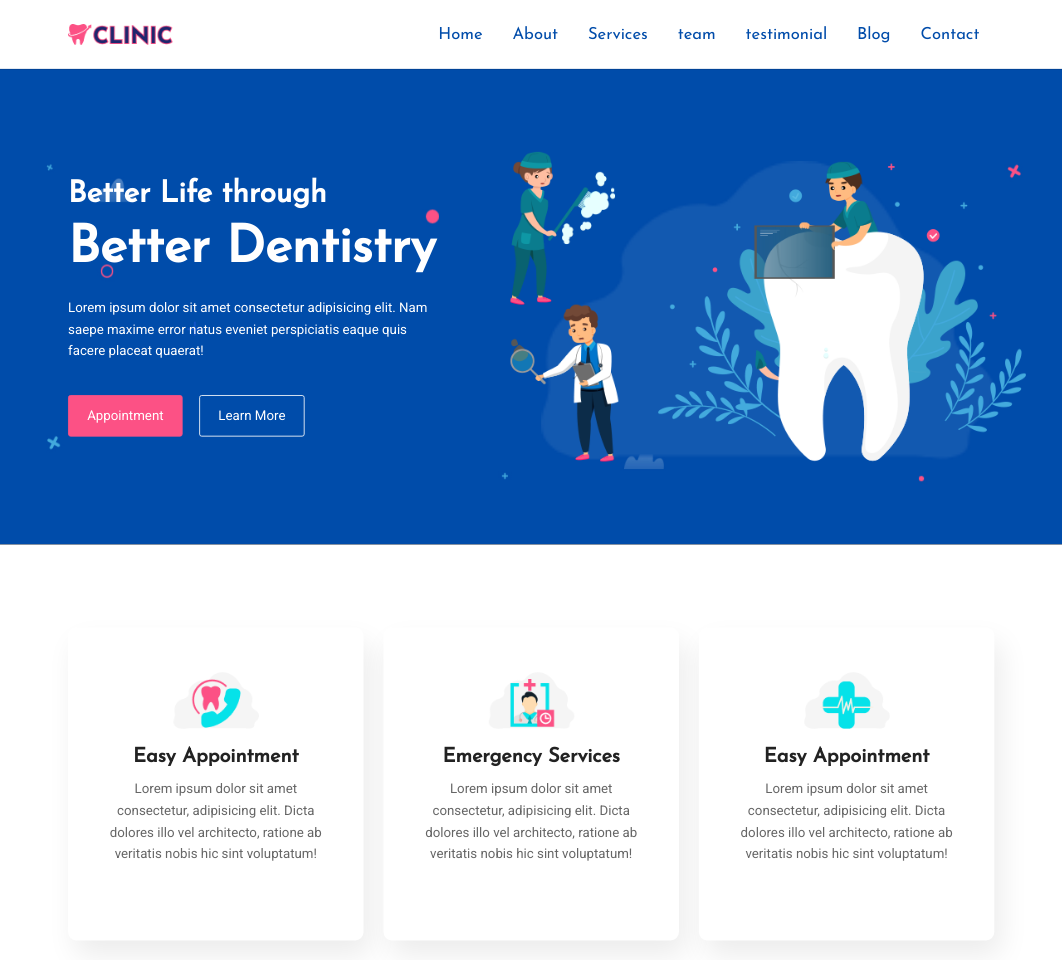
Repository: rsbappy/Project-13
Page: index.html
An editor plug-in stored every save of this project. The page is shown before and after the next save, followed by the edit.
The browser window is 1280 px wide. The pictures show the whole page, at 83% of full size.
Some web libraries are served in a nearby version.

Above is the page before, as saved 2022-08-19 11:25:07.
Console error: TypeError: Cannot read properties of null (reading 'classList')

### index.html
<!doctype html>
<html lang="en">

<head>
    <!-- Required meta tags -->
    <meta charset="utf-8">
    <meta name="viewport" content="width=device-width, initial-scale=1">

    <!-- favicon icon -->

    <link rel="icon" href="/images/favicon.png" type="image/x-icon">

    <!-- Bootstrap CSS -->
    <link href="https://cdn.jsdelivr.net/npm/bootstrap@5.0.2/dist/css/bootstrap.min.css" rel="stylesheet" integrity="sha384-EVSTQN3/azprG1Anm3QDgpJLIm9Nao0Yz1ztcQTwFspd3yD65VohhpuuCOmLASjC" crossorigin="anonymous">

    <!-- font-awesome icon -->
    <link rel="stylesheet" href="https://cdnjs.cloudflare.com/ajax/libs/font-awesome/6.1.2/css/all.min.css">

    <!-- style CSS -->
    <link rel="stylesheet" href="css/style.css">

    <!-- responsive-style CSS -->
    <link rel="stylesheet" href="/css/responsive-style.css">

    <title>Hotel Website</title>
</head>

<body data-bs-spy="scroll" data-bs-target=".navar" data-bs-offset="100">

    <!-- Navbar Section  -->
    <header class="header_wrapper">
        <nav class="navbar navbar-expand-lg ">
            <div class="container">
                <a class="navbar-brand" href="#">
                    <img src="/images/logo.png" class="img-fluid" alt="logo" srcset="">
                </a>
                <button class="navbar-toggler" type="button" data-bs-toggle="collapse" data-bs-target="#navbarNavAltMarkup" aria-controls="navbarNavAltMarkup" aria-expanded="false" aria-label="Toggle navigation">
                <!-- <span class="navbar-toggler-icon"></span> -->
                <i class="fa-solid fa-bars-staggered navbar-toggler-icon"></i>
              </button>
                <div class="collapse navbar-collapse justify-content-end" id="navbarNavAltMarkup">
                    <div class="navbar-nav menu_navbar_menu">
                        <li class="nav-item">
                            <a class="nav-link active" aria-current="page" href="#Home">Home</a>
                        </li>
                        <li class="nav-item">
                            <a class="nav-link" href="#About">About</a>
                        </li>
                        <li class="nav-item">
                            <a class="nav-link" href="#Services">Services</a>
                        </li>
                        <li class="nav-item">
                            <a class="nav-link" href="#team">team</a>
                        </li>
                        <li class="nav-item">
                            <a class="nav-link" href="#testimonial">testimonial</a>
                        </li>
                        <li class="nav-item">
                            <a class="nav-link" href="#Blog">Blog</a>
                        </li>
                        <li class="nav-item mt-3 mt-lg-0">
                            <a class="nav-link" href="#Contact">Contact</a>
                        </li>

                    </div>
                </div>
            </div>
        </nav>
    </header>
    <!-- Navbar Section exit -->

    <!-- Banner Section  -->
    <section id="home" class="home">
        <div class="banner_wrapper wrapper">
            <div class="container">
                <div class="row align-items-lg-center">
                    <div class="col-md-6 order-md-1 order-2">
                        <h3>
                            Better Life through
                        </h3>
                        <h1>
                            Better Dentistry
                        </h1>
                        <p> Lorem ipsum dolor sit amet consectetur adipisicing elit. Nam saepe maxime error natus eveniet perspiciatis eaque quis facere placeat quaerat!</p>
                        <a href="#" class="main-btn mt-4 fill-btn">Appointment </a>
                        <a href="#" class="main-btn mt-4 ms-3">Learn More </a>

                    </div>
                    <div class="col-md-6 order-md-2 order-1 mb-md-0 mb-5">
                        <div class="top-right-sec">
                            <div class="animate-img">
                                <img class="aimg1" src="./images/top-banner-img/woman-brush.png" alt="">
                                <img class="aimg2" src="./images/top-banner-img/doctor.png" alt="">

                            </div>
                            <img class="img-fluid ms-lg-5" src="./images/top-banner-img/top-right-img-1.png" alt="">

                        </div>
                    </div>
                </div>
            </div>
        </div>
        <div class="wrapper pb-0">
            <div class="container">
                <div class="row">
                    <div class="col-md-4 col-sm-4 mb-4">
                        <div class="card text-center">
                            <div class="icon-box">
                                <img src="/images/top-banner-img/Appointment-icon.png" alt="" srcset="">
                            </div>
                            <div>
                                <h4>
                                    Easy Appointment
                                </h4>
                                <p>Lorem ipsum dolor sit amet consectetur, adipisicing elit. Dicta dolores illo vel architecto, ratione ab veritatis nobis hic sint voluptatum!</p>
                            </div>
                        </div>
                    </div>
                    <div class="col-md-4 col-sm-4 mb-4">
                        <div class="card text-center">
                            <div class="icon-box">
                                <img src="/images/top-banner-img/Emergency-icon.png" alt="" srcset="">
                            </div>
                            <div>
                                <h4>
                                    Emergency Services
                                </h4>
                                <p>Lorem ipsum dolor sit amet consectetur, adipisicing elit. Dicta dolores illo vel architecto, ratione ab veritatis nobis hic sint voluptatum!</p>
                            </div>
                        </div>
                    </div>
                    <div class="col-md-4 col-sm-4 mb-4">
                        <div class="card text-center">
                            <div class="icon-box">
                                <img src="/images/top-banner-img/7-Service-icon.png" alt="" srcset="">
                            </div>
                            <div>
                                <h4>
                                    Easy Appointment
                                </h4>
                                <p>Lorem ipsum dolor sit amet consectetur, adipisicing elit. Dicta dolores illo vel architecto, ratione ab veritatis nobis hic sint voluptatum!</p>
                            </div>
                        </div>
                    </div>
                </div>
            </div>
        </div>
    </section>
    <!-- Banner Section exit -->

    <!-- about Section  -->
    <!-- about Section exit -->

    <!-- Services Section  -->
    <!-- Services Section exit -->

    <!-- team Section  -->
    <!-- team Section exit -->


    <!-- Gallery Section  -->
    <!-- Gallery Section exit -->

    <!-- Testimonial Section  -->
    <!-- Testimonial Section exit -->


    <!-- Testimonial Section  -->
    <!-- Testimonial Section exit -->


    <!-- Appointment Section  -->
    <!-- Appointment Section exit -->

    <!-- Blog Section  -->
    <!-- Blog Section exit -->

    <!-- Footer Section  -->
    <!-- Footer Section exit -->










    <!-- Popper js  -->
    <source src="https://cdn.jsdelivr.net/npm/@popperjs/core@2.9.2/dist/umd/popper.min.js" type="">


    <!-- Bootstrap js  -->

    <script src="https://cdn.jsdelivr.net/npm/bootstrap@5.0.2/dist/js/bootstrap.bundle.min.js" integrity="sha384-MrcW6ZMFYlzcLA8Nl+NtUVF0sA7MsXsP1UyJoMp4YLEuNSfAP+JcXn/tWtIaxVXM" crossorigin="anonymous"></script>



</body>

</html>

### css/style.css
/* TABLE OF CONTENTS */


/*------------------
1. General
2. Navbar
3. Banner
4. About
5. Services
6. Team
7. Gallery
8. Testimonial
9. Blog
10.Footer
------------------*/


/* 1 General */

@import url('https://fonts.googleapis.com/css2?family=Josefin+Sans&display=swap');
@import url('https://fonts.googleapis.com/css2?family=Roboto&display=swap');
* {
    box-sizing: border-box;
    margin: 0;
    padding: 0;
}

:root {
    /* background  */
    --primary-color: #004caa;
    --secondary-color: #fc5185;
    --bg-light-blue: #3672bc;
    --bg-dark: #666;
    --bg-white: #fff;
    /* Text Style  */
    --primary-front: 'Roboto', sans-serif;
    --secondary-front: 'Josefin Sans', sans-serif;
    --primary-text: #004caa;
    --secondary-text: #fc5185;
    --text-white: #fff;
    --text-black: #222;
    --text-gray: #666;
    --text-algin: #ddd;
}

body {
    font-family: var(--primary-front);
    background-color: var(--bg-white);
}

a {
    text-decoration: none;
}

::-webkit-scrollbar {
    width: .375rem;
}

::-webkit-scrollbar-track {
    background: var(--bg-light-blue);
}

::-webkit-scrollbar-thumb {
    background: var(--secondary-color);
}

.wrapper {
    padding: 6.25rem 0;
}

.main-btn {
    display: inline-block;
    border: 0.0725rem solid var(--bg-white);
    color: var(--text-white);
    text-align: center;
    padding: .75rem 1.375rem;
    font-size: 1rem;
    background: transparent;
    text-transform: capitalize;
    border-radius: .1875rem;
    transition: all .3s ease-in-out;
}

.main-btn:hover {
    background-color: var(--secondary-color);
    border-color: var(--secondary-color);
    color: var(--text-white);
}

.fill-btn {
    background-color: var(--secondary-color);
    border-color: var(--secondary-color);
    color: var(--text-white);
}

.fill-btn:hover {
    background-color: var(--bg-white);
    border-color: var(--bg-white);
    color: var(--text-black);
}

h1 {
    font-size: 3.875rem;
    margin-bottom: 1.2rem;
    font-weight: 600;
    color: var(--text-white);
    font-family: var(--secondary-front);
}

h2 {
    font-size: 2.875rem;
    font-weight: 600;
    color: var(--text-white);
    font-family: var(--secondary-front);
}

h3 {
    font-size: 2.25rem;
    font-weight: 600;
    color: var(--text-white);
    font-family: var(--secondary-front);
}

h4 {
    font-size: 1.5rem;
    font-weight: 600;
    line-height: 2.25rem;
    margin-top: 1rem;
    color: var(--text-black);
    font-family: var(--secondary-front);
}

h5 {
    font-size: 1.5rem;
    font-weight: 500;
    line-height: 1.2rem;
    color: var(--primary-text);
    margin-bottom: .9375rem;
    font-family: var(--secondary-front);
}

h5 {
    font-size: .875rem;
    font-weight: 300;
    color: var(--text-black);
    text-transform: uppercase;
    font-family: var(--secondary-front);
}

p {
    font-size: 1rem;
    line-height: 1.625rem;
    color: var(--text-gray);
}

.card {
    border-radius: .625rem;
    background-color: var(--text-white);
    box-shadow: .5084rem 1.1419rem 2.2rem 0 rgb(0 0 0/8%);
    padding: 3.375rem 3.125rem 4.6875rem;
    transition: all .4s;
    border: 0;
}

@keyframes movebounce {
    0% {
        --webkit-transform: translateY(0);
        transform: translateY(0);
    }
    50% {
        --webkit-transform: translateY(1.25rem);
        transform: translateY(1.25rem);
    }
    100% {
        --webkit-transform: translateY(0);
        transform: translateY(0);
    }
}


/*2 Navbar */

.header_wrapper .navbar {
    padding: .9375rem;
    background-color: transparent;
    transition: 0.3s ease-in-out;
}

.header_wrapper .navbar-toggler {
    border: 0;
    box-shadow: none;
    color: var(--text-black);
    line-height: 2;
}

.header_wrapper .nav-item {
    margin: 0 .625rem;
}

.header_wrapper .nav-item .nav-link {
    font-size: 1.25rem;
    font-weight: 400;
    color: var(--primary-text);
    display: inline-block;
    font-family: var(--secondary-front);
}

.header_wrapper .nav-item .nav-link:hover,
.header_wrapper .nav-item .nav-link:focus,
.header_wrapper .nav-item .nav-link .active {
    color: var(--secondary-text);
}

.navbar.header-scrolled {
    position: fixed;
    top: 0;
    left: 0;
    width: 100%;
    z-index: 999;
    background-color: var(--bg-white);
    box-shadow: .5084rem 1.1419rem 2.5rem 0 rgb(0 0 0/8%);
    transition: 0.3s ease-in-out;
}


/*3 banner */

.banner_wrapper {
    background-image: url('/images/top-banner-img/Top-banner.jpg');
    background-position: center center;
    background-repeat: no-repeat;
    background-size: cover;
}

.banner_wrapper p {
    max-width: 80%;
    color: var(--text-white);
}

.banner_wrapper .top-right-sec {
    position: relative;
    background-image: url('/images/top-banner-img/top-right-bg.png');
    background-position: bottom;
    background-repeat: no-repeat;
    background-size: contain;
    display: flex;
    align-items: flex-end;
    justify-content: center;
}

### css/responsive-style.css
@media (max-width: 1199.5px) {
    /* custom  css */
    .card{
        padding: 2.5rem 1.875rem;

    }



    /* header */
    /* top banner */
    /* about */
    /* services*/
}


@media (max-width: 991px) {
    /* custom  css */
    .wrapper{
        padding: 3.125rem 0;
    }
    .main-btn{
        font-size: .875rem;
    }
    h1{
        font-size: 2.8125rem;
        margin-bottom: .625rem;
    }
    h2{
        font-size: 1.875rem;
    }
    h3{
        font-size: 1.5625rem;
    }
    h4{
        font-size: 1.25rem;
    }
    h5{
        font-size: 1.125rem;
    }

    p{
        font-size: .875rem;
        line-height: 1.35rem;

    }
    .card{
        padding: 1.875rem 1rem;
    }
    /* header */
    /* top banner */
    /* about */
    /* services*/
}

@media (max-width: 767px) {
    /* custom  css */
    .main-btn{
        font-size: .875rem;
    }
    h1{
        font-size: 2.5rem;
        margin-bottom: 2.5rem;
    }

    h5{
        font-size: 1.25rem;
    }



    /* header */
    /* top banner */
    /* about */
    /* services*/
}

@media (max-width: 360px) {
    /* custom  css */
    .card{
        padding: 2.5rem 1.875rem;

    }



    /* header */
    /* top banner */
    /* about */
    /* services*/
}

After the next save:
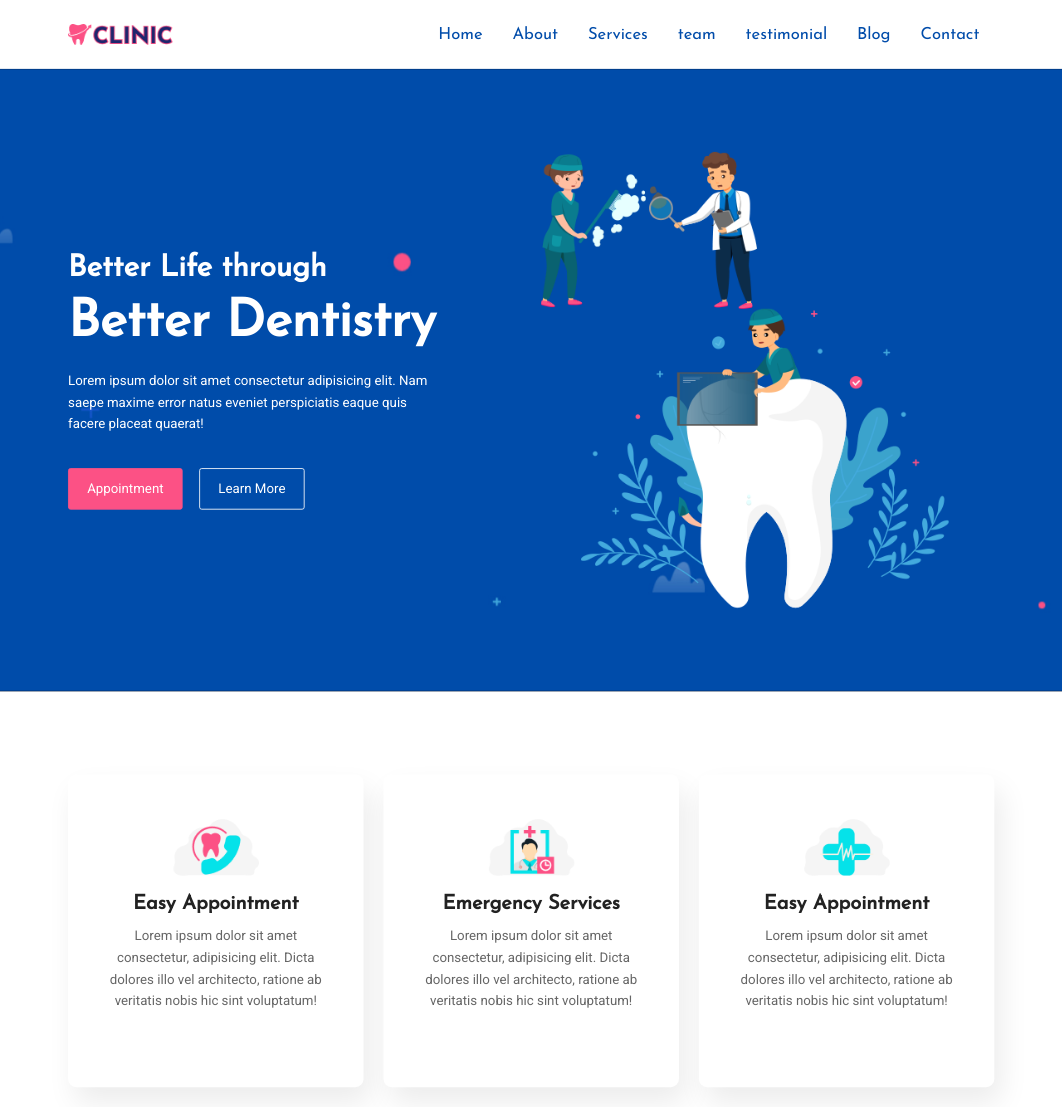
Saved 26 s later.
--- a/css/style.css
+++ b/css/style.css
@@ -237,7 +237,8 @@
     color: var(--text-white);
 }
 
-.banner_wrapper .top-right-sec {
+
+/* .banner_wrapper .top-right-sec {
     position: relative;
     background-image: url('/images/top-banner-img/top-right-bg.png');
     background-position: bottom;
@@ -246,4 +247,4 @@
     display: flex;
     align-items: flex-end;
     justify-content: center;
-}
+} */

After the save that followed:
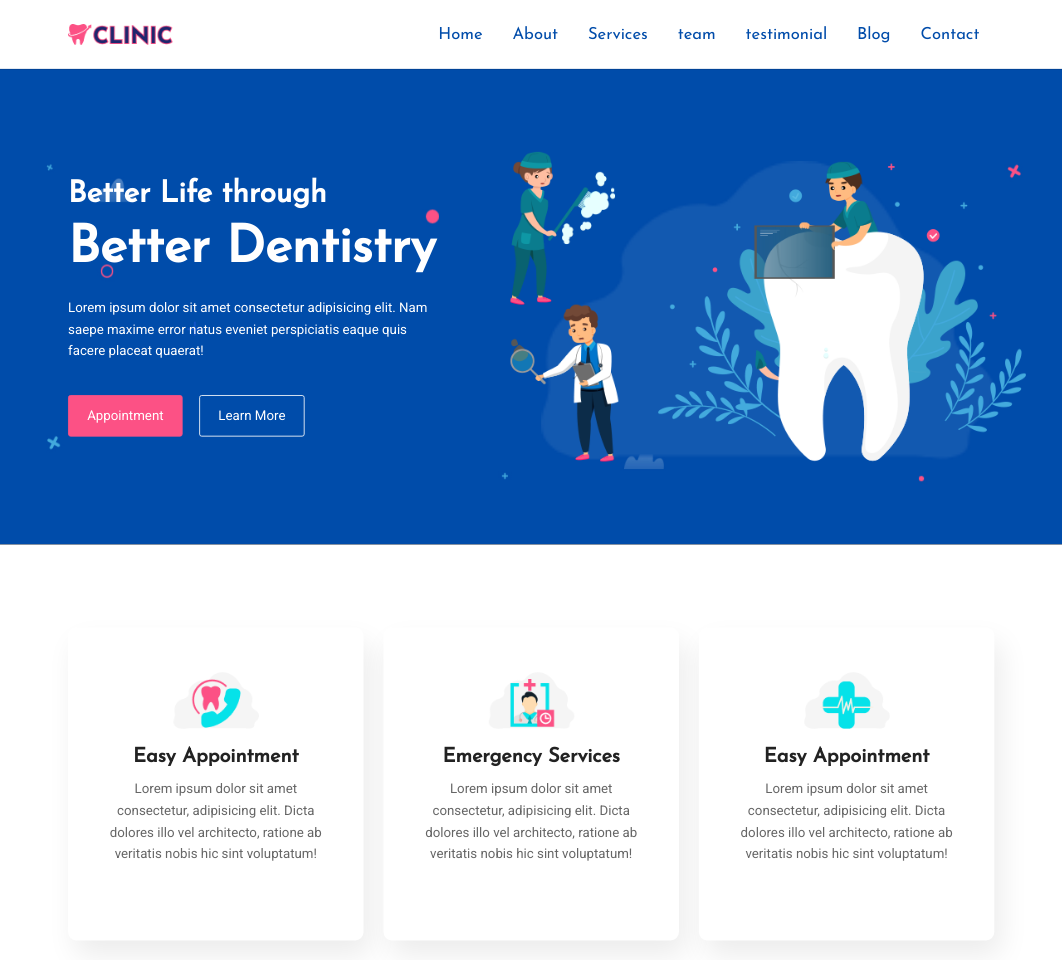
Saved 18 s later.
--- a/css/style.css
+++ b/css/style.css
@@ -237,8 +237,7 @@
     color: var(--text-white);
 }
 
-
-/* .banner_wrapper .top-right-sec {
+.banner_wrapper .top-right-sec {
     position: relative;
     background-image: url('/images/top-banner-img/top-right-bg.png');
     background-position: bottom;
@@ -247,4 +246,4 @@
     display: flex;
     align-items: flex-end;
     justify-content: center;
-} */
+}
